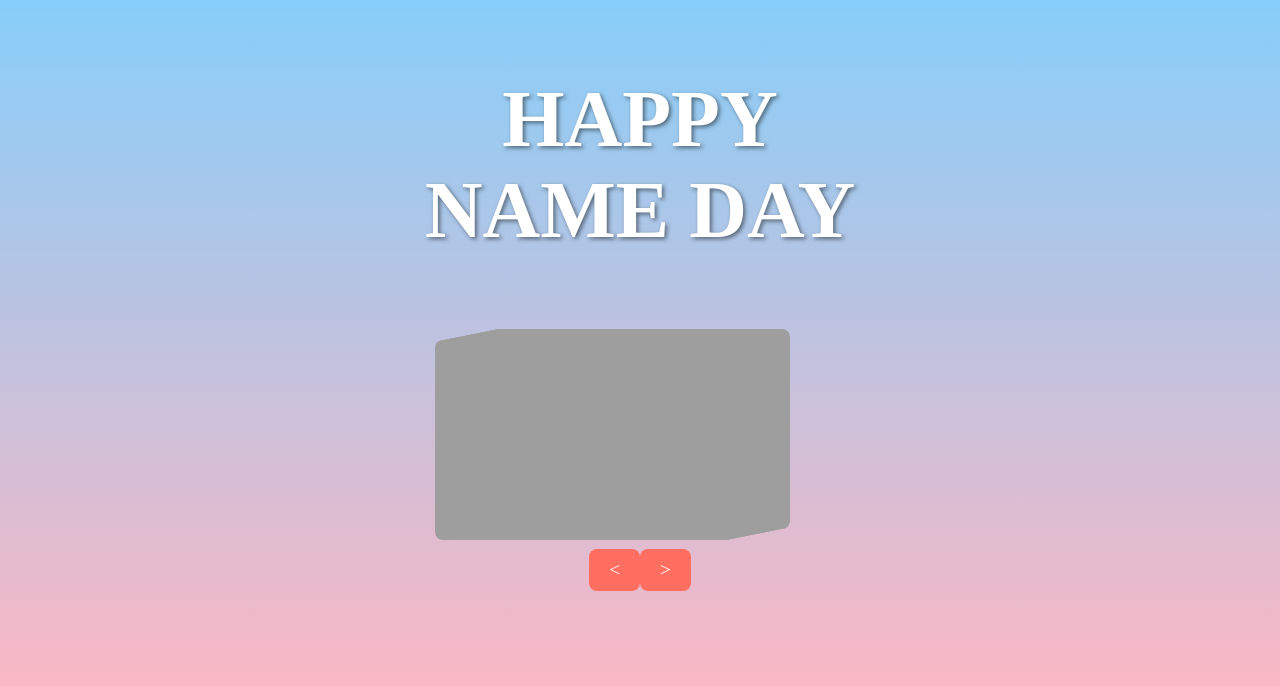
Repository: naps00/BIRTHDAY
Page: /details
These files come from the project's save history. The page is drawn as it stood at one moment and after the next save; the edit follows.
The browser window is 1280 px wide. The pictures show the whole page.
Pictures or frames that could not be fetched are drawn as grey boxes. The project was rebuilt for these pictures with package versions that can differ from the ones it lists, and the page was loaded fresh each time.

Above is the page before, as saved 2024-12-12 17:59:03.

### src/App.js
import React, { useState } from 'react';
import { BrowserRouter as Router, Route, Routes, Link } from 'react-router-dom';
import './App.css';
import Details from './details.js'; // นำเข้า Details.js

function Home() {
  const [showModal, setShowModal] = useState(false);

  // เมื่อวีดีโอจบ ให้แสดง modal
  const handleVideoEnd = () => {
    setShowModal(true);
  };

  return (
    <div className="App">
      <div className="container">
        <div className="text-section" style={{ flex: 1, display: 'flex', flexDirection: 'column', justifyContent: 'center', alignItems: 'center', textAlign: 'center', height: '100vh', color: 'black', fontSize: 'calc(3vw + 0vh)', fontWeight: 'bold' }}>
          <h2>HAPPY BIRTHDAY !!</h2>
          <p>MY LOVE ♡ </p>
          <img src="https://img2.pic.in.th/pic/fc8c0bdfae313c2ffd700a21b05915d6-removebg-preview.png" alt="Happy Birthday Decoration" style={{width: '200px', height: '200PX' }} />
        </div>

        <div className="video-section">
          <video
            className="video-player"
            controls
            onEnded={handleVideoEnd}
          >
            <source src="https://v1.pinimg.com/videos/mc/720p/3d/2a/3c/3d2a3ca4078af4f14258938781ed5f8e.mp4" type="video/mp4" />
            Your browser does not support the video tag.
          </video>
        </div>
      </div>

      {/* Modal */}
      {showModal && (
        <div className="modal-backdrop">
          <div className="modal-content">
            <h2>Are you ready?</h2>
            {/* เปลี่ยนปุ่ม "ปิด" ให้เป็นลิงค์ไปยังหน้า /details */}
            <Link to="/details">
              <button className="pulse">GO !!</button>
            </Link>
          </div>
        </div>
      )}

      {/* เพิ่มอิโมจิที่วิ้งๆ */}
      <div className="emoji">🌟</div>
      <div className="emoji2">✨</div>
      <div className="emoji3">💕</div>

    </div>
  );
}

function App() {
  return (
    <Router>
      <Routes>
        <Route path="/" element={<Home />} />
        <Route path="/details" element={<Details />} /> {/* เพิ่มเส้นทางสำหรับหน้า /details */}
      </Routes>
    </Router>
  );
}

export default App;

### src/App.css
/* การจัด layout ของแอปพลิเคชัน */
.App {
  background-color: white;
  min-height: 100vh;
  display: flex;
  justify-content: center;
  align-items: center;
}

/* ส่วนที่ใช้จัด layout */
.container {
  display: flex;
  flex-direction: row; /* แบ่งพื้นที่ออกเป็น 2 ส่วน */
  width: 100%;
  height: 100vh;
}

/* ส่วนข้อความ */
.text-section {
  flex: 1;
  display: flex;
  flex-direction: column;
  justify-content: center;
  align-items: center;
  padding: 20px;
  background-color: #f9f9f9;
}

.text-section h1 {
  margin-bottom: 20px;
}

/* ส่วนวีดีโอ */
.video-section {
  flex: 1;
  display: flex;
  justify-content: center;
  align-items: center;
  background-color: #000;
}

.video-player {
  width: 100%; /* ให้วีดีโอเต็มความกว้าง */
  height: 100%; /* ให้วีดีโอเต็มความสูง */
  object-fit: cover; /* ปรับวีดีโอให้เต็มพื้นที่โดยไม่เสียสัดส่วน */

/* การแสดง modal */
}
.modal-backdrop {
  position: fixed;
  top: 0;
  left: 0;
  width: 100%;
  height: 100%;
  background: rgba(0, 0, 0, 0.7);
  display: flex;
  justify-content: center;
  align-items: center;
  z-index: 100; /* ทำให้ modal อยู่เหนือสิ่งอื่น */
  animation: fadeInPop 0.5s ease-out;
}

/* เพิ่ม z-index ให้ modal-content */
.modal-content {
  background: white;
  padding: 20px;
  border-radius: 10px;
  text-align: center;
  box-shadow: 0 2px 10px rgba(0, 0, 0, 0.3);
  animation: slideUp 0.3s ease-out;
  z-index: 101; /* ทำให้เนื้อหาของ modal อยู่เหนือ backdrop */
}

/* การแอนิเมชัน fade-in และ pop-up สำหรับ modal backdrop */
@keyframes fadeInPop {
  0% {
    opacity: 0;
    transform: scale(0.8);
  }
  100% {
    opacity: 1;
    transform: scale(1);
  }
}

body {
  font-family: 'Coiny', cursive;
  margin: 0;
  padding: 0;
  box-sizing: border-box;
  background-color: #fef9ef;
  color: #333;
}

h1, h2, p {
  font-family: 'Coiny', cursive; /* ฟอนต์ใหม่สำหรับข้อความ */
}

button {
  font-family: 'Coiny', cursive;
  font-size: 1.2rem;
  background-color: #ff6f61;
  color: #fff;
  padding: 10px 20px;
  border: none;
  border-radius: 8px;
  cursor: pointer;
  transition: background-color 0.3s ease, transform 0.3s ease;
}

button:hover {
  background-color: #ff3d3d;
  transform: scale(1.1);
}

/* การแอนิเมชัน slide-up สำหรับ modal content */
@keyframes slideUp {
  0% {
    transform: translateY(20px);
    opacity: 0;
  }
  100% {
    transform: translateY(0);
    opacity: 1;
  }
}

.modal-content h2 {
  margin-bottom: 20px;
}

.modal-content button {
  padding: 10px 20px;
  background-color: #007bff;
  color: white;
  border: none;
  border-radius: 5px;
  cursor: pointer;
  transition: transform 0.3s ease, background-color 0.3s ease;
}

/* เอฟเฟกต์เมื่อ hover ปุ่ม */
.modal-content button:hover {
  background-color: #0056b3;
  transform: scale(1.1); /* ขยายขนาดปุ่มเมื่อ hover */
}

/* เอฟเฟกต์การเต้นของปุ่ม */
@keyframes pulse {
  0% {
    transform: scale(1);
    opacity: 1;
  }
  50% {
    transform: scale(1.1);
    opacity: 0.8;
  }
  100% {
    transform: scale(1);
    opacity: 1;
  }
}

.pulse {
  animation: pulse 1.5s infinite;
}

/* อิโมจิวิ้งๆ */
.emoji {
  position: fixed;
  top: 30%;
  right: 50%;
  font-size: 30px;
  animation: smoothBounce 1.4s infinite;
  z-index: 50; /* ทำให้ไอคอนอิโมจิอยู่ใต้ modal */
}
.emoji2 {
  position: fixed;
  top: 18%;
  right: 97%;
  font-size: 30px;
  animation: smoothBounce 1.5s infinite;
  z-index: 50; /* ทำให้ไอคอนอิโมจิอยู่ใต้ modal */
}
.emoji3 {
  position: fixed;
  top: 63%;
  right: 65%;
  font-size: 50px;
  animation: smoothBounce 3s infinite;
  z-index: 50; /* ทำให้ไอคอนอิโมจิอยู่ใต้ modal */
}
/* การกระพิบ */
/* @keyframes fadeInOut {
  0%, 100% {
    opacity: 0;
  }
  50% {
    opacity: 1;
  }
}

.fade {
  animation: fadeInOut 1s infinite;
} */

/* การแอนิเมชันวิ้ง */
@keyframes smoothBounce {
  0%, 100% {
    transform: translateY(0);
    opacity: 1;
  }
  25% {
    transform: translateY(-1px);
    opacity: 1;
  }
  50% {
    transform: translateY(-1px);
    opacity: 1;
  }
  75% {
    transform: translateY(5px);
    opacity: 1;
  }
}


/* การแอนิเมชัน zoom-in */
@keyframes zoomIn {
  0% {
    transform: scale(0.8);
    opacity: 0;
  }
  100% {
    transform: scale(1);
    opacity: 1;
  }
}

.zoom-in {
  animation: zoomIn 0.4s ease-out;
}

/* เอฟเฟกต์ fade-in สำหรับเนื้อหาที่โหลด */
.fade-in {
  opacity: 0;
  animation: fadeIn 1s forwards;
}

@keyframes fadeIn {
  from {
    opacity: 0;
  }
  to {
    opacity: 1;
  }
}

### src/details.js
import React, { useState } from 'react';
import { useSwipeable } from 'react-swipeable'; // นำเข้า useSwipeable
import './details.css';

function Details() {
  const images = [
    "https://img2.pic.in.th/pic/C14EEE1A-1C6E-4778-85B7-4833D53D43EB.jpeg",
    "https://img5.pic.in.th/file/secure-sv1/618E6171-BADE-42BC-A018-2EA60935F70F.jpeg",
    "https://img5.pic.in.th/file/secure-sv1/IMG_448429fe121e41b2f430.jpeg",
    "https://img5.pic.in.th/file/secure-sv1/IMG_64786800a538a371f8ae.jpeg",
    "https://img2.pic.in.th/pic/IMG_18254b9a0e0ef262515a.jpeg",
    "https://img2.pic.in.th/pic/IMG_750821c6a0b5848c84f8.jpeg",
    "https://img2.pic.in.th/pic/IMG_217360495c125ab56c81.jpeg",
    "https://img5.pic.in.th/file/secure-sv1/IMG_79057ffcc3e4b6cb96bc.jpeg",
    "https://img2.pic.in.th/pic/IMG_7834161695a4292d3799.jpeg",
    "https://img5.pic.in.th/file/secure-sv1/IMG_7833a600a5964cb97987.jpeg",
    "https://img5.pic.in.th/file/secure-sv1/IMG_7669dbd275c5d25b60ea.jpeg",
    "https://img2.pic.in.th/pic/IMG_791818c257fcaec84a84.jpeg"
  ];

  const [currentIndex, setCurrentIndex] = useState(0);

  const handlers = useSwipeable({
    onSwipedLeft: () => handleNext(),
    onSwipedRight: () => handlePrev(),
    preventDefaultTouchmoveEvent: true,
    trackMouse: true
  });

  const handleNext = () => {
    setCurrentIndex((currentIndex + 1) % images.length);
  };

  const handlePrev = () => {
    setCurrentIndex((currentIndex - 1 + images.length) % images.length);
  };

  return (
    <div className="details-page">
      <div className="header-text">
        <h1>HAPPY <br /> NAME DAY</h1>
      </div>

      <div className="card-stack" {...handlers}>
        {images.map((src, index) => {
          const isActive = index === currentIndex;
          const zIndex = images.length - Math.abs(currentIndex - index); // สร้างลำดับการซ้อน
          const offsetX = (index - currentIndex) * -5; // การเคลื่อนที่ในแกน X
          const offsetY = (index - currentIndex) * 1; // การเคลื่อนที่ในแกน Y
          const rotation = (index - currentIndex) * 0; // การหมุนภาพ

          return (
            <img
              key={index}
              src={src}
              alt={`Slide ${index + 1}`}
              className={`card ${isActive ? 'active' : ''}`}
              style={{
                zIndex: zIndex,
                transform: `translate(${offsetX}px, ${offsetY}px) rotate(${rotation}deg)`,
                position: 'absolute',
                left: '50%',
                top: '50%',
                transformOrigin: 'center',
                marginLeft: '-150px', // ครึ่งหนึ่งของความกว้าง
                marginTop: '-100px', // ครึ่งหนึ่งของความสูง
              }}
            />
          );
        })}
      </div>

      <div className="controls">
        <button onClick={handlePrev}>&lt;</button>
        <button onClick={handleNext}>&gt;</button>
      </div>

      {/* Audio Player */}
      <audio autoPlay loop>
        <source src="https://www.soundhelix.com/examples/mp3/SoundHelix-Song-1.mp3" type="audio/mp3" />
        Your browser does not support the audio element.
      </audio>
    </div>
  );
}

export default Details;

### src/details.css
.details-page {
  display: flex;
  flex-direction: column;
  align-items: center;
  justify-content: flex-start;
  height: 100vh;
  background: linear-gradient(to bottom, #87CEFA, #FFB6C1); /* พื้นหลังฟ้า-ชมพู */
  overflow: hidden;
}

.header-text {
  text-align: center;
  margin-top: 20px;
  color: white;
  text-shadow: 2px 2px 4px rgba(0, 0, 0, 0.5);
  font-size: 2.5rem;
}

.card-stack {
  position: relative;
  width: 300px;
  height: 200px;
  margin-top: 20px;
  display: flex;
  justify-content: center;
  align-items: center;
  transition: transform 0.3s ease;
}

.card {
  width: 100%;
  height: 100%;
  border-radius: 8px;
  object-fit: cover;
  transition: transform 0.3s ease;
}

.controls {
  margin-top: 20px;
}

Loaded but not shown: public/index.html (common file); src/index.js (common file); src/index.css (common file); src/reportWebVitals.js (common file)

After the next save:
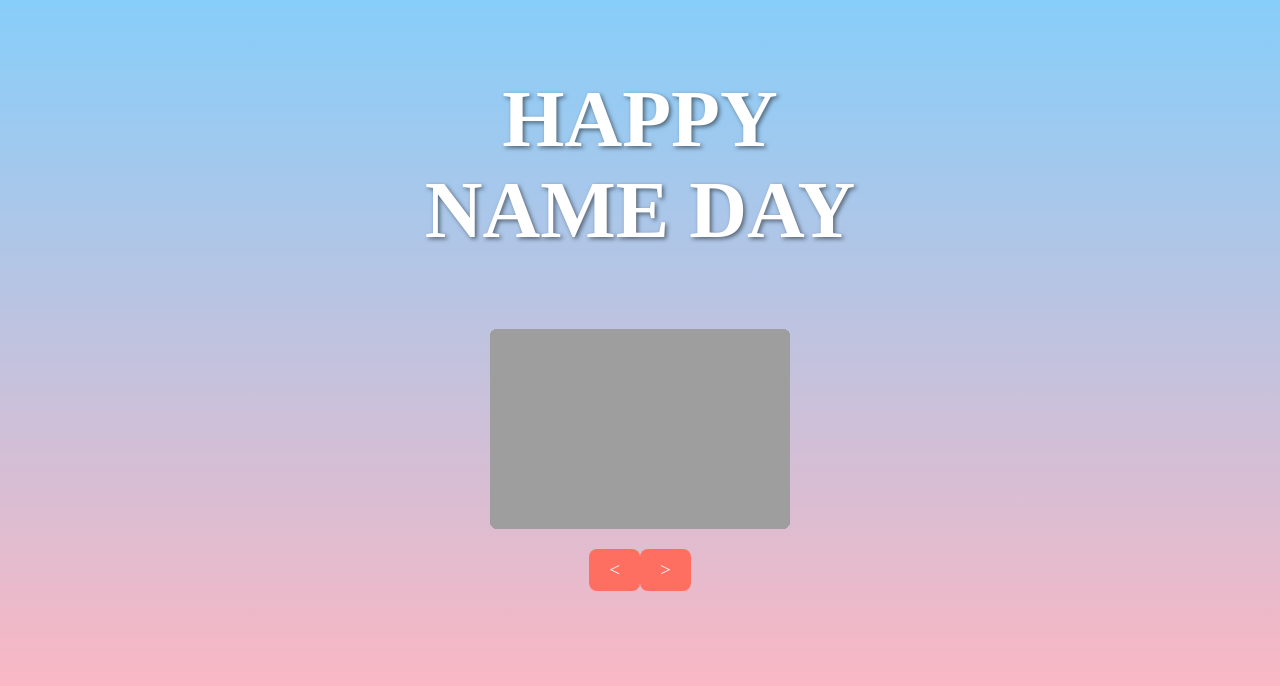
Saved 86 s later.
--- a/src/details.js
+++ b/src/details.js
@@ -45,8 +45,8 @@ function Details() {
         {images.map((src, index) => {
           const isActive = index === currentIndex;
           const zIndex = images.length - Math.abs(currentIndex - index); // สร้างลำดับการซ้อน
-          const offsetX = (index - currentIndex) * -5; // การเคลื่อนที่ในแกน X
-          const offsetY = (index - currentIndex) * 1; // การเคลื่อนที่ในแกน Y
+          const offsetX = (index - currentIndex) * 0; // การเคลื่อนที่ในแกน X
+          const offsetY = (index - currentIndex) * 0; // การเคลื่อนที่ในแกน Y
           const rotation = (index - currentIndex) * 0; // การหมุนภาพ
 
           return (
